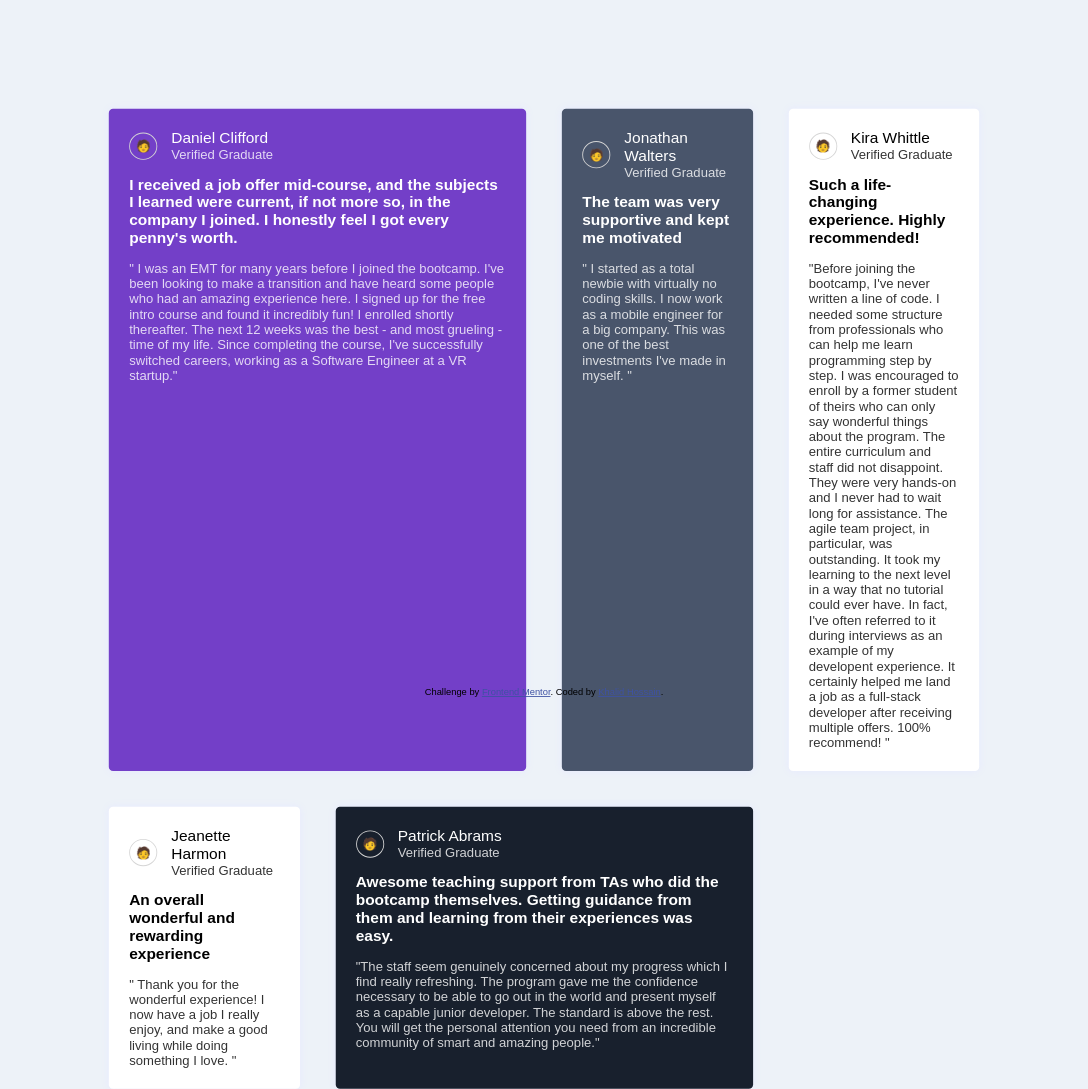
Repository: badhon252/Testimonials-Grid-Section
Page: index.html
An editor plug-in stored every save of this project. The page is shown before and after the next save, followed by the edit.
The browser window is 1280 px wide. The pictures show the whole page, at 85% of full size.

Above is the page before, as saved 2023-02-18 16:56:04.

### index.html
<!DOCTYPE html>
<html lang="en">

<head>
    <meta charset="UTF-8">
    <meta name="viewport" content="width=device-width, initial-scale=1.0">
    <!-- displays site properly based on user's device -->

    <link rel="icon" type="image/png" sizes="32x32" href="./images/favicon-32x32.png">
    <link rel="stylesheet" href="./css/style.css">
    <title>Frontend Mentor | [Challenge Name Here]</title>

</head>

<body>

    <div class="container">

        <div class="box box1">
            <div class="heading">
                <div class="img-fluid">🧑</div>
                <div>
                    <h1 class="name">Daniel Clifford</h1>
                    <p>Verified Graduate</p>
                </div>
            </div>

            <h3>I received a job offer mid-course, and the subjects I learned were current, if not more so, in the company I joined. I honestly feel I got every penny's worth.</h3>
            <p>" I was an EMT for many years before I joined the bootcamp. I've been looking to make a transition and have heard some people who had an amazing experience here. I signed up for the free intro course and found it incredibly fun! I enrolled
                shortly thereafter. The next 12 weeks was the best - and most grueling - time of my life. Since completing the course, I've successfully switched careers, working as a Software Engineer at a VR startup."</p>
        </div>

        <div class="box box2">
            <div class="heading">
                <div class="img-fluid">🧑</div>
                <div>
                    <h1 class="name">Jonathan Walters</h1>
                    <p>Verified Graduate</p>
                </div>
            </div>

            <h3>The team was very supportive and kept me motivated</h3>
            <p>" I started as a total newbie with virtually no coding skills. I now work as a mobile engineer for a big company. This was one of the best investments I've made in myself. "</p>
        </div>

        <div class="box box3">
            <div class="heading">
                <div class="img-fluid">🧑</div>
                <div>
                    <h1 class="name">Jeanette Harmon</h1>
                    <p>Verified Graduate</p>
                </div>
            </div>

            <h3>An overall wonderful and rewarding experience</h3>
            <p>" Thank you for the wonderful experience! I now have a job I really enjoy, and make a good living while doing something I love. "</p>
        </div>

        <div class="box box4">
            <div class="heading">
                <div class="img-fluid">🧑</div>
                <div>
                    <h1 class="name">Patrick Abrams</h1>
                    <p>Verified Graduate</p>
                </div>
            </div>

            <h3>Awesome teaching support from TAs who did the bootcamp themselves. Getting guidance from them and learning from their experiences was easy.</h3>
            <p>"The staff seem genuinely concerned about my progress which I find really refreshing. The program gave me the confidence necessary to be able to go out in the world and present myself as a capable junior developer. The standard is above the
                rest. You will get the personal attention you need from an incredible community of smart and amazing people."
            </p>
        </div>

        <div class="box box5">
            <div class="heading">
                <div class="img-fluid">🧑</div>
                <div>
                    <h1 class="name">Kira Whittle</h1>
                    <p>Verified Graduate</p>
                </div>
            </div>

            <h3>Such a life-changing experience. Highly recommended!</h3>
            <p>"Before joining the bootcamp, I've never written a line of code. I needed some structure from professionals who can help me learn programming step by step. I was encouraged to enroll by a former student of theirs who can only say wonderful
                things about the program. The entire curriculum and staff did not disappoint. They were very hands-on and I never had to wait long for assistance. The agile team project, in particular, was outstanding. It took my learning to the next
                level in a way that no tutorial could ever have. In fact, I've often referred to it during interviews as an example of my developent experience. It certainly helped me land a job as a full-stack developer after receiving multiple offers.
                100% recommend! "</p>
        </div>


    </div>



    <div class="attribution">
        Challenge by <a href="https://www.badhon252.me" target="_blank">Frontend Mentor</a>. Coded by <a href="#">Khalid
      Hossain</a>.
    </div>
</body>

</html>

### css/style.css
* {
    margin: 0;
    padding: 0;
    box-sizing: border-box;
    font-family: sans-serif;
}

body {
    height: 100vh;
    background-color: #edf2f8;
    font-size: 14px;
}

.name {
    font-size: 1.3em;
    font-weight: 400;
}

h3 {
    font-size: 1.3em;
    font-weight: 600;
    margin-bottom: 1rem;
}

p {
    font-size: 1.1em;
    font-weight: 400;
    opacity: .8;
}

.container {
    display: grid;
    place-items: center;
    grid-template-columns: repeat(4, 1fr);
    grid-template-rows: repeat(2, 1fr);
    /* grid-template-areas: 'box1 box1 box2 box3' 'box4 box5 box5 box3'; */
    grid-gap: 3em;
    align-items: stretch;
    margin: 10vw;
    max-width: 80vw;
    max-height: 40vh;
}

.heading {
    display: flex;
    align-items: center;
    padding: 0 0 1rem 0;
}

.img-fluid {
    padding: .5em;
    border: 1px solid rgb(213, 213, 213);
    border-radius: 50%;
    margin-right: 1rem;
}

.box {
    border-radius: 5px;
    padding: 1.5rem;
    box-shadow: 0 0 10px 0 hsl(231, 100%, 95%);
}

.box1 {
    /* grid-area: box1; */
    background-color: #733fc8;
    color: rgb(255, 255, 255);
    grid-column-start: 1;
    grid-column-end: 3;
    order: 1;
}

.box2 {
    /* grid-area: box1; */
    order: 2;
    background-color: #49556b;
    color: #fff;
}

.box3 {
    /* grid-area: box1; */
    order: 4;
    background-color: hsl(0, 0%, 100%);
}

.box4 {
    /* grid-area: box1; */
    order: 5;
    background-color: #18202d;
    color: #fff;
    grid-column-start: 2;
    grid-column-end: 4;
}

.box5 {
    /* grid-area: box1; */
    order: 3;
    background-color: hsl(0, 0%, 100%);
    /* grid-row-start: 1;
    grid-row-end: 3; */
}

.attribution {
    font-size: 11px;
    text-align: center;
    position: absolute;
    bottom: -100px;
    z-index: 1;
    width: 100%;
}

.attribution a {
    color: hsl(228, 45%, 44%);
}

After the next save:
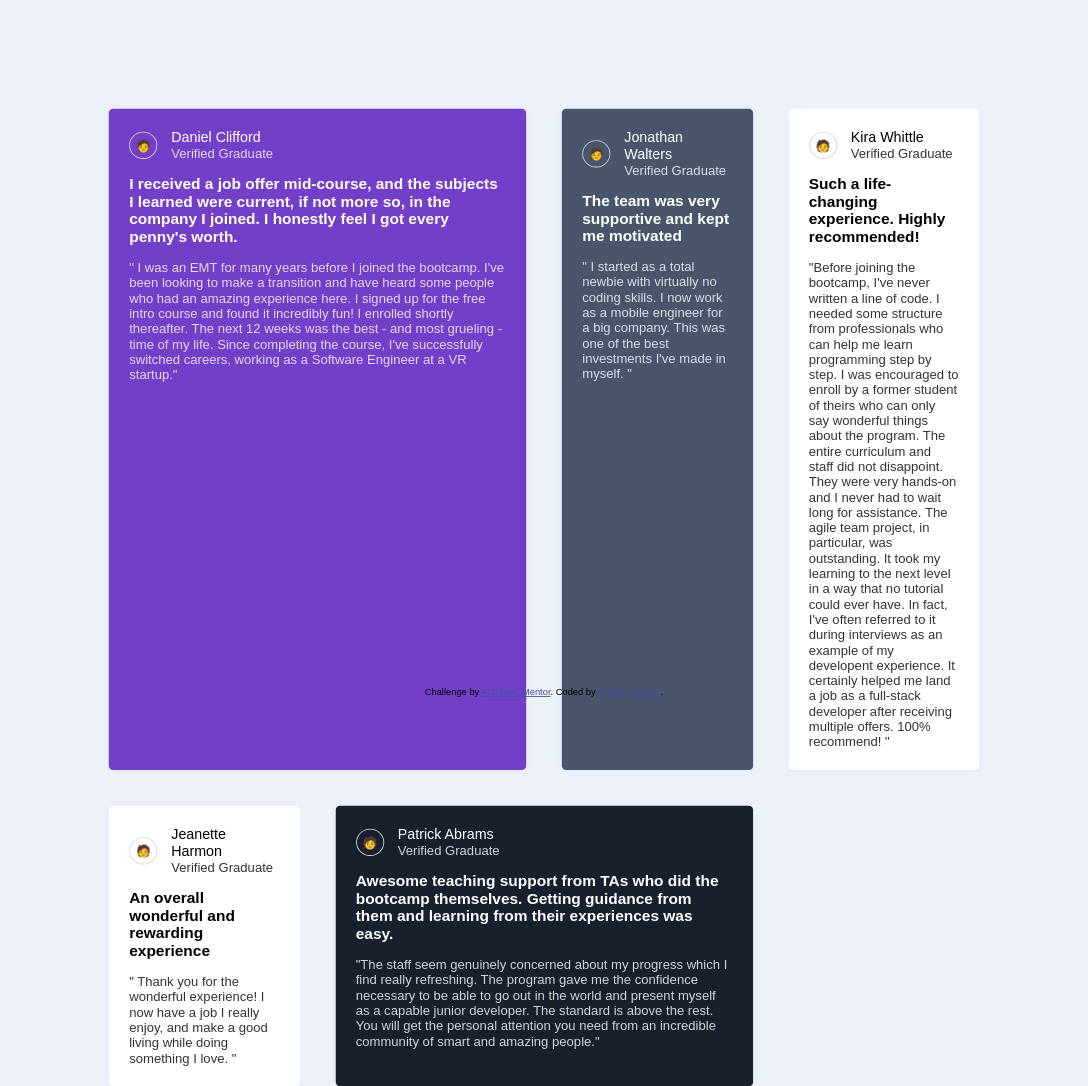
Saved 3 h 49 min later.
--- a/css/style.css
+++ b/css/style.css
@@ -12,7 +12,7 @@ body {
 }
 
 .name {
-    font-size: 1.3em;
+    font-size: 1.2em;
     font-weight: 400;
 }
 
